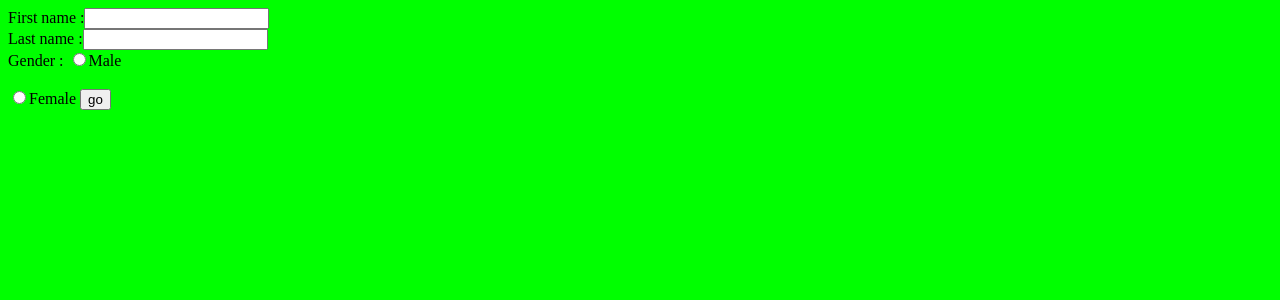
Repository: akale1992/Learning-HIBERNATE-SERVLETS
Page: jspdemo/WebContent/Welcome.html
An editor plug-in stored every save of this project. The page is shown before and after the next save, followed by the edit.
The browser window is 1280 px wide. The pictures show the whole page.

Above is the page before, as saved 2015-09-15 04:26:16.

### jspdemo/WebContent/Welcome.html
<!DOCTYPE html>
<html>
<head>
<meta charset="ISO-8859-1">
<title>Insert title here</title>
</head>
<body bgcolor="lime">
<form action="index.jsp">
First name :<input type="text" name="fname"><br>
Last name  :<input type="text" name="lname"><br>
Gender : <input type="radio" value="male" name="r1">Male<br><br>
<input type="radio" value="Female" name="r1">Female
<input type="submit" value="go">
</form>

</body>
</html>

After the next save:
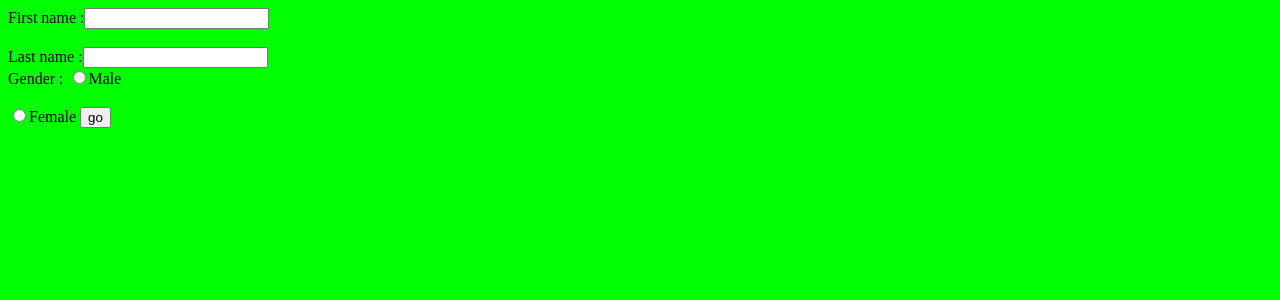
Saved 28 s later.
--- a/jspdemo/WebContent/Welcome.html
+++ b/jspdemo/WebContent/Welcome.html
@@ -6,7 +6,7 @@
 </head>
 <body bgcolor="lime">
 <form action="index.jsp">
-First name :<input type="text" name="fname"><br>
+First name :<input type="text" name="fname"><br><br>
 Last name  :<input type="text" name="lname"><br>
 Gender : <input type="radio" value="male" name="r1">Male<br><br>
 <input type="radio" value="Female" name="r1">Female
